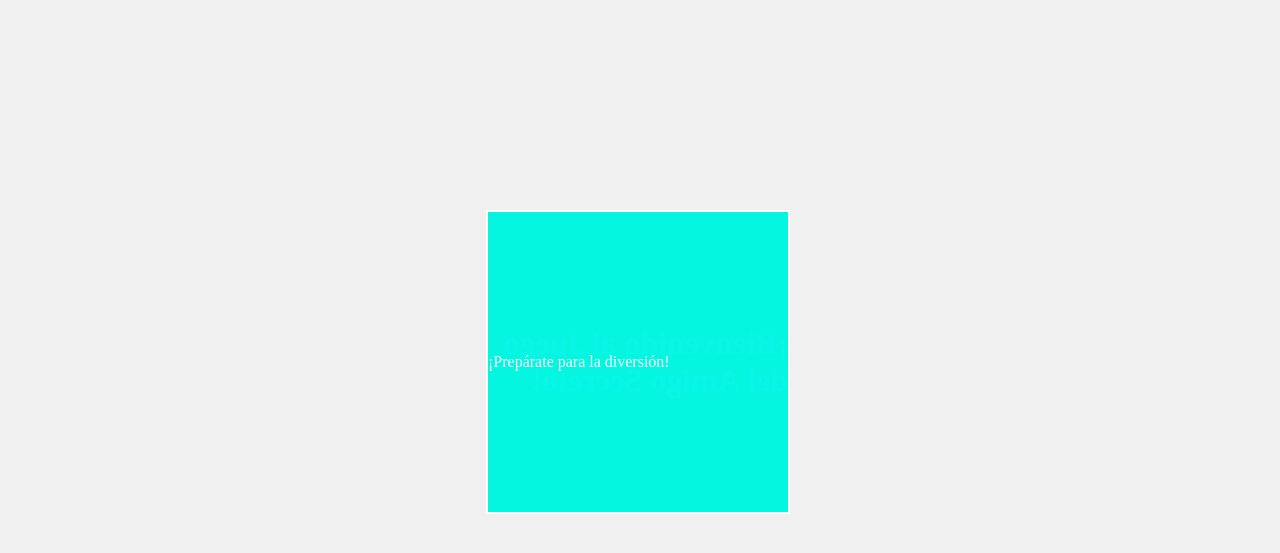
Repository: ye909/secreto
Page: inicio.html
An editor plug-in stored every save of this project. The page is shown before and after the next save, followed by the edit.
The browser window is 1280 px wide. The pictures show the whole page.

Above is the page before, as saved 2025-02-20 21:20:11.

After the next save:
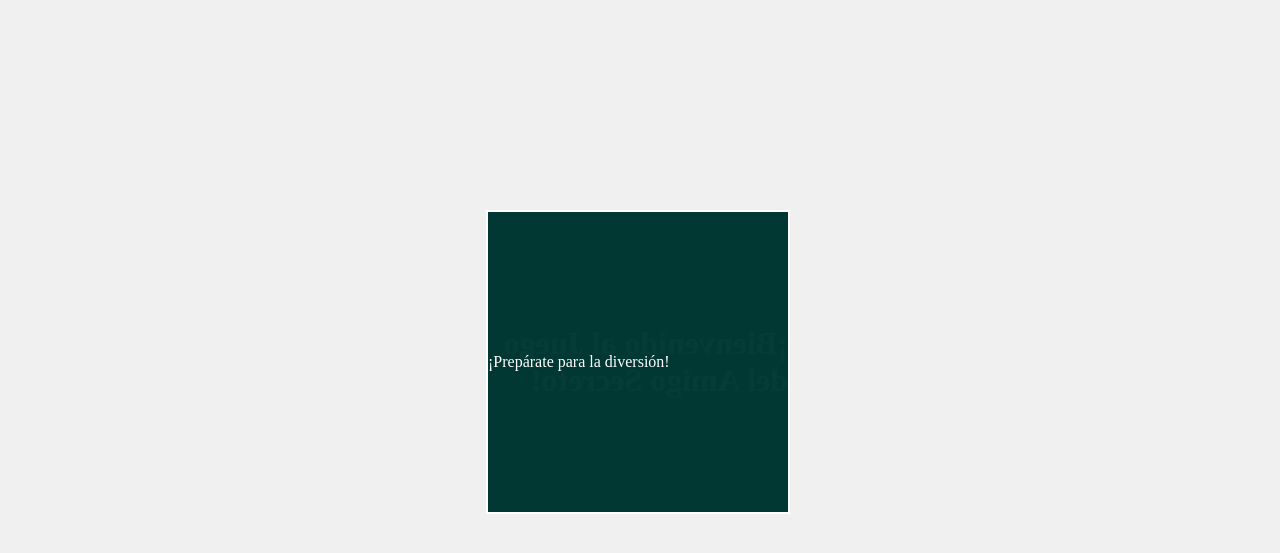
Saved 42 s later.
--- a/inicio.css
+++ b/inicio.css
@@ -39,10 +39,10 @@ body {
   }
 
   /* Posiciona cada cara del cubo */
-  .front  { transform: translateZ(150px); background-color: rgba(69, 242, 6, 0.98) }
-  .back   { transform: rotateY(180deg) translateZ(150px); background-color: rgba(4, 246, 230, 0.98) }
-  .right  { transform: rotateY(90deg) translateZ(150px); background-color: rgba(242, 6, 214, 0.98)}
-  .left   { transform: rotateY(-90deg) translateZ(150px); }
+  .front  { transform: translateZ(150px); background-color: rgba(21, 73, 2, 0.98) }
+  .back   { transform: rotateY(180deg) translateZ(150px); background-color: rgba(2, 57, 53, 0.98) }
+  .right  { transform: rotateY(90deg) translateZ(150px); background-color: rgba(73, 3, 65, 0.98)}
+  .left   { transform: rotateY(-90deg) translateZ(150px);background-color: rgba(242, 6, 214, 0.98) }
   .top    { transform: rotateX(90deg) translateZ(150px); }
   .bottom { transform: rotateX(-90deg) translateZ(150px); }
 
